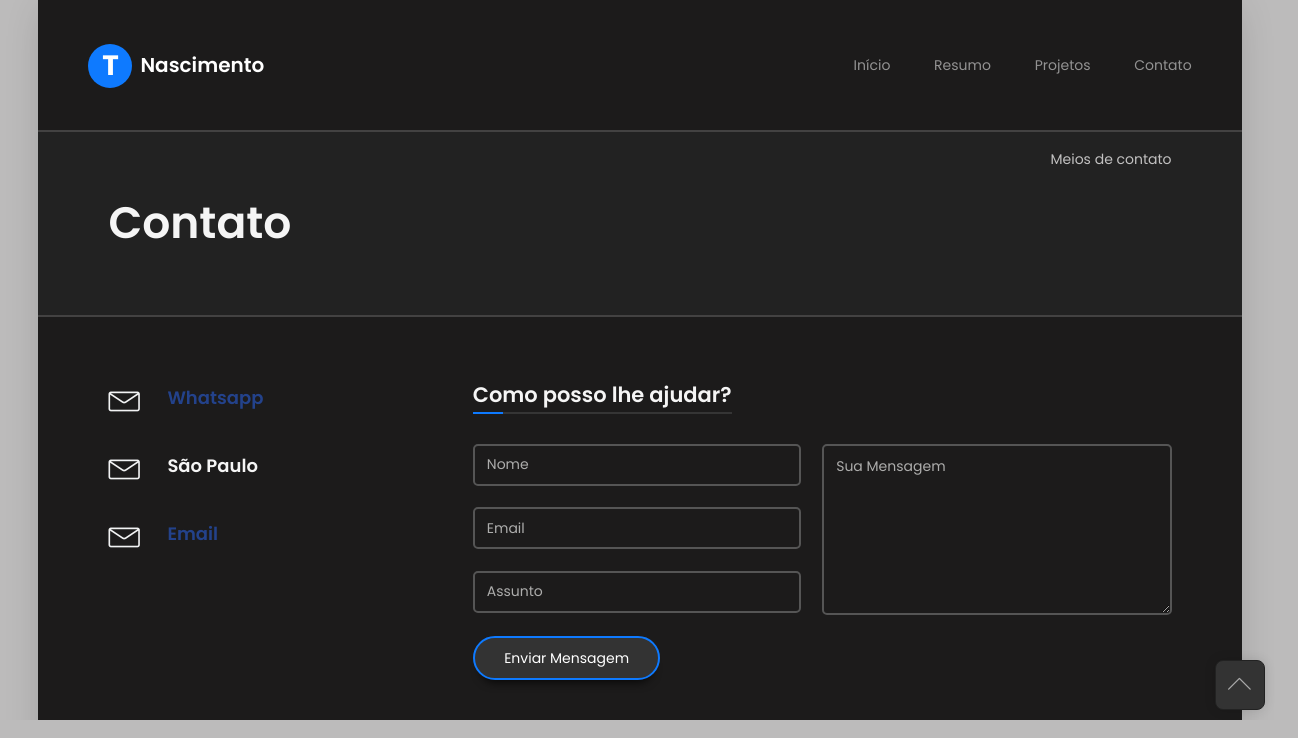
Repository: thmedu/Portfolio
Page: contact.html
These files come from the project's save history. The page is drawn as it stood at one moment and after the next save; the edit follows.
The browser window is 1280 px wide. The page is 1298 px wide, so the pictures cover 1298 px, including what lies to the right of the window. The pictures show the whole page.
An inner scrolling area shows only its first screen.

Above is the page before, as saved 2024-06-01 19:22:21.
Console error: ReferenceError: google is not defined

### contact.html
<!DOCTYPE html>
<html lang="pt-br" class="no-js">

<head>
    <meta charset="UTF-8" />
    <meta http-equiv="X-UA-Compatible" content="IE=edge">
    <title>Contato</title>
    <meta name="viewport" content="width=device-width, initial-scale=1.0, maximum-scale=1.0, user-scalable=no">
    <meta name="description" content="Leven - Resume / CV / vCard Template" />
    <meta name="keywords" content="vcard, responsive, retina, resume, jquery, css3, bootstrap, portfolio" />
    <meta name="author" content="Thomas" />
    <link rel="shortcut icon" href="./img/icones/dev-community-icon.svg">

    <link rel="stylesheet" href="./css/normalize.css" type="text/css">
    <link rel="stylesheet" href="./css/bootstrap.min.css" type="text/css">
    <link rel="stylesheet" href="./css/owl.carousel.css" type="text/css">
    <link rel="stylesheet" href="./css/magnific-popup.css" type="text/css">
    <link rel="stylesheet" href="./css/main.css" type="text/css">
    <script src="./js/modernizr.custom.js"></script>
</head>

<body class="page">

    <div class="lm-animated-bg"></div>

    <!-- Loading animation -->
    <div class="preloader">
        <div class="preloader-animation">
            <div class="preloader-spinner">
            </div>
        </div>
    </div>
    <!-- /Loading animation -->

    <!-- Scroll To Top Button -->
    <div class="lmpixels-scroll-to-top"><i class="lnr lnr-chevron-up"></i></div>
    <!-- /Scroll To Top Button -->

    <div class="page-scroll">
        <div id="page_container" class="page-container bg-move-effect" data-animation="transition-flip-in-right">

            <!-- Cabeçalho -->
            <header id="site_header" class="header">
                <div class="header-content clearfix">

                    <!-- Logotipo de texto -->
                    <div class="text-logo">
                        <a href="index.html">
                            <div class="logo-symbol">T</div>
                            <div class="logo-text">Nascimento</div>
                        </a>
                    </div>
                    <!-- /Logotipo de texto -->

                    <!-- Navegação -->
                    <div class="site-nav mobile-menu-hide">
                        <ul class="leven-classic-menu site-main-menu">
                            <li class="menu-item">
                                <a href="index.html">Início</a>
                            </li>
                            <li class="menu-item">
                                <a href="resumo.html">Resumo</a>
                            </li>
                            <li class="menu-item">
                                <a href="portfolio.html">Projetos</a>
                            </li>
                            <li class="menu-item">
                                <a href="contact.html">Contato</a>
                            </li>
                        </ul>
                    </div>

                    <!-- Alternador de menu móvel -->
                    <a class="menu-toggle mobile-visible">
                        <i class="fa fa-bars"></i>
                    </a>
                </div>

            </header>

            <div id="main" class="site-main">
                <div id="main-content" class="single-page-content">
                    <div id="primary" class="content-area">

                        <div class="page-title">
                            <h1>Contato</h1>
                            <div class="page-subtitle">
                                <h4>Meios de contato</h4>
                            </div>
                        </div>

                        <div id="content" class="page-content site-content single-post" role="main">

                            <div class="row">
                                <div class=" col-xs-12 col-sm-4 ">

                                    <div id="info_list_1" class="info-list-w-icon">

                                        <div class="info-block-w-icon">
                                            <div class="ci-icon">
                                                <i class="lnr lnr-envelope"></i>
                                            </div>
                                            <div class="ci-text">
                                                <h4><a href="https://web.whatsapp.com/" target="_blank">Whatsapp</a></h4>
                                                <p></p>

                                            </div>
                                        </div>
                                        <div class="info-block-w-icon">
                                            <div class="ci-icon">
                                                <i class="lnr lnr-envelope"></i>
                                            </div>
                                            <div class="ci-text">
                                                <h4>São Paulo</h4>
                                                <p></p>
                                            </div>
                                        </div>

                                        <div class="info-block-w-icon">
                                            <div class="ci-icon">
                                                <i class="lnr lnr-envelope"></i>
                                            </div>
                                            <div class="ci-text">
                                                <h4><a href="https://outlook.live.com/mail/0/" class="__cf_email__" data-cfemail="f199949d9d9eb19489909c819d94df929e9c">Email</a></h4>
                                                <p></p>
                                            </div>
                                        </div>
                                    </div>

                                </div>

                                <div class=" col-xs-12 col-sm-8 ">

                                    <div class="block-title">
                                        <h2>Como posso lhe ajudar?</h2>
                                    </div>

                                    <form id="contact_form" class="contact-form" action="#" method="post">

                                        <div class="messages"></div>

                                        <div class="controls two-columns">
                                            <div class="fields clearfix">
                                                <div class="left-column">
                                                    <div class="form-group form-group-with-icon">
                                                        <input id="form_name" type="text" name="name" class="form-control" placeholder="Nome" required="required" data-error="Name is required.">
                                                        <div class="form-control-border"></div>
                                                        <div class="help-block with-errors"></div>
                                                    </div>

                                                    <div class="form-group form-group-with-icon">
                                                        <input id="form_email" type="email" name="email" class="form-control" placeholder="Email" required="required" data-error="Valid email is required.">
                                                        <div class="form-control-border"></div>
                                                        <div class="help-block with-errors"></div>
                                                    </div>

                                                    <div class="form-group form-group-with-icon">
                                                        <input id="form_subject" type="text" name="subject" class="form-control" placeholder="Assunto" required="required" data-error="Subject is required.">
                                                        <div class="form-control-border"></div>
                                                        <div class="help-block with-errors"></div>
                                                    </div>
                                                </div>
                                                <div class="right-column">
                                                    <div class="form-group form-group-with-icon">
                                                        <textarea id="form_message" name="message" class="form-control" placeholder="Sua Mensagem" rows="7" required="required" data-error="Please, leave me a message."></textarea>
                                                        <div class="form-control-border"></div>
                                                        <div class="help-block with-errors"></div>
                                                    </div>
                                                </div>
                                            </div>

                                            <input type="submit" class="button btn-send disabled" value="Enviar Mensagem">
                                        </div>
                                    </form>

                                </div>

                            </div>

                        </div>
                    </div>
                </div>
            </div>

            <!-- Footer -->
            <footer class="site-footer clearfix">
                <div class="footer-social">
                    <ul class="footer-social-links">
                        <li>
                            <a href="https://www.facebook.com/" target="_blank"><i class="fab fa-facebook-f" style="color: #0E7AFF;"></i></a>
                        </li>
                        <li>
                            <a href="https://twitter.com/" target="_blank"><i class="fab fa-twitter" style="color: #0E7AFF;"></i></a>
                        </li>
                        <li>
                            <a href="https://dribbble.com/" target="_blank"><i class="fab fa-dribbble" style="color: #0E7AFF;"></i></a>
                        </li>
                    </ul>
                </div>

                <div class="footer-copyrights">
                    <p>© 2024 Todos os direitos reservados. Thomas.</p>
                </div>
            </footer>
            <!-- /Footer -->

        </div>
    </div>
    <script src="js/jquery-2.1.3.min.js"></script>
    <script src="js/imagesloaded.pkgd.min.js"></script>
    <script src='../../../../www.google.com/recaptcha/api.js'></script>
    <script src="js/bootstrap.min.js"></script>
    <script src='js/jquery.shuffle.min.js'></script>
    <script src='js/masonry.pkgd.min.js'></script>
    <script src='js/owl.carousel.min.js'></script>
    <script src="js/jquery.magnific-popup.min.js"></script>
    <script src="js/jquery.googlemap.js"></script>
    <script src="js/validator.js"></script>
    <script src="js/main.js"></script>
    <script src="./js/contato.js"></script>
</body>

</html>

### css/owl.carousel.css
/* Owl Carousel */
.owl-carousel {
    display: none;
    width: 100%;
    position: relative;
    z-index: 1;
  }

  .owl-carousel .owl-stage {
    position: relative;
  }

  .owl-carousel .owl-stage:after {
    content: ".";
    display: block;
    clear: both;
    visibility: hidden;
    line-height: 0;
    height: 0;
  }

  .owl-carousel .owl-stage-outer {
    position: relative;
    overflow: hidden;
    transform: translate3d(0px, 0px, 0px);
  }

  .owl-carousel .owl-item {
    position: relative;
    min-height: 1px;
    float: left;
  }

  .owl-carousel .owl-item img {
    display: block;
    width: 100%;
  }

  .owl-carousel .owl-nav.disabled,
  .owl-carousel .owl-dots.disabled {
    display: none;
  }

  .owl-carousel .owl-nav .owl-prev,
  .owl-carousel .owl-nav .owl-next,
  .owl-carousel .owl-dot {
    cursor: pointer;
    user-select: none;
  }

  .owl-carousel.owl-loaded {
    display: block;
    opacity: 1;
  }

  .owl-carousel.owl-loading {
    opacity: 0;
    display: block;
  }

  .owl-carousel.owl-hidden {
    opacity: 0;
  }

  .owl-carousel.owl-refresh .owl-item {
    visibility: hidden;
  }

  .owl-carousel.owl-drag .owl-item {
    user-select: none;
  }

  .owl-carousel.owl-grab {
    cursor: move;
    cursor: grab;
  }

  .owl-carousel.owl-rtl {
    direction: rtl;
  }

  .owl-carousel.owl-rtl .owl-item {
    float: right;
  }

  .owl-carousel .animated {
    animation-duration: 1000ms;
    animation-fill-mode: both;
  }

  .owl-carousel .owl-animated-in {
    z-index: 0;
  }

  .owl-carousel .owl-animated-out {
    z-index: 1;
  }

  .owl-carousel .fadeOut {
    animation-name: fadeOut;
  }

  @keyframes fadeOut {
    0% {
      opacity: 1;
    }
    100% {
      opacity: 0;
    }
  }

  /* Owl Carousel Custom */
  .owl-carousel .owl-item {
    opacity: 0;
    transform: scale(0.8);
    transition: opacity 0.5s ease, transform 0.5s ease;
  }

  .owl-carousel .owl-item.active {
    opacity: 1;
    transform: scale(1);
  }

Loaded but not shown: css/normalize.css (library); css/bootstrap.min.css (library); css/magnific-popup.css (library); js/modernizr.custom.js (library); js/jquery-2.1.3.min.js (library); js/imagesloaded.pkgd.min.js (library); js/bootstrap.min.js (library); js/jquery.shuffle.min.js (library); js/masonry.pkgd.min.js (library); js/owl.carousel.min.js (library); js/jquery.magnific-popup.min.js (library); js/jquery.googlemap.js (library); js/main.js (library); css/fonts/linear-icons-font/style.css (library); css/fonts/fontawesome-free-5.12.1-web/css/all.min.css (library); css/fonts/linecons/style.css (library); js/validator.js (135 lines, source omitted); js/contato.js (95 lines, source omitted); css/main.css (5783 lines, source omitted)

After the next save:
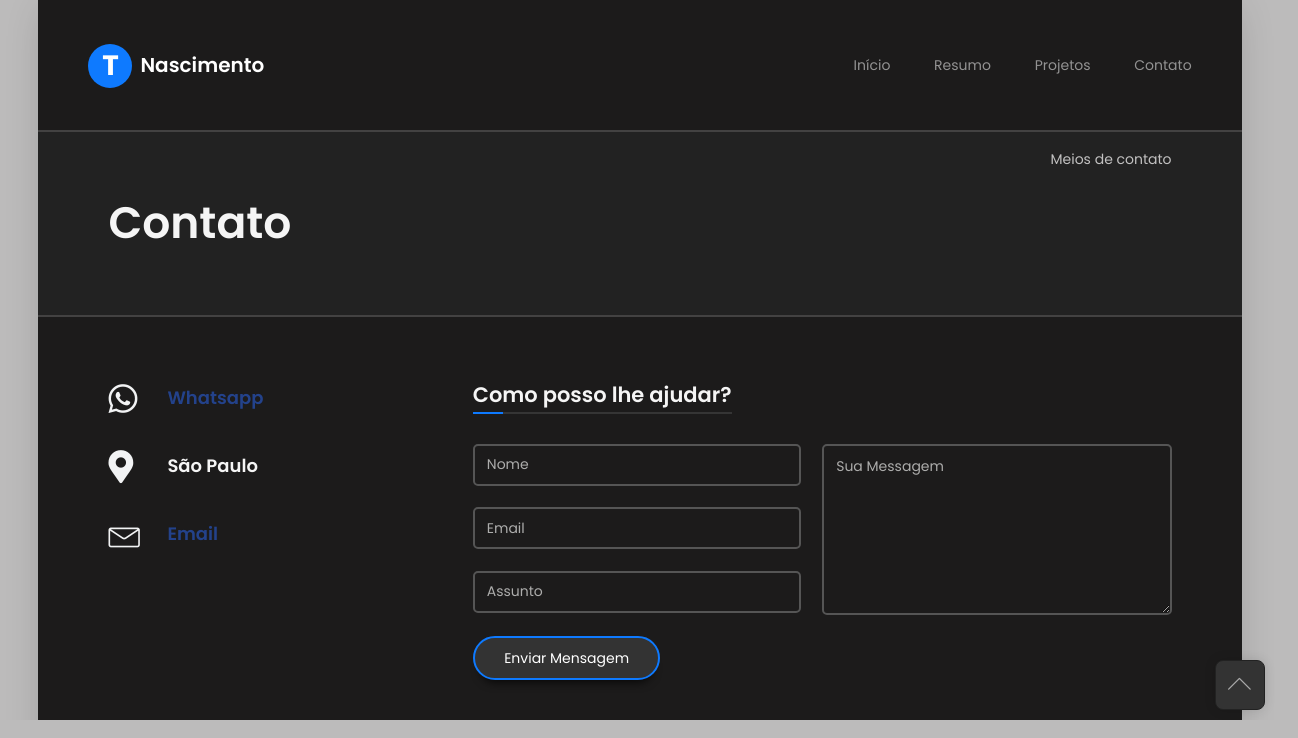
Saved 90 s later.
--- a/contact.html
+++ b/contact.html
@@ -10,7 +10,7 @@
     <meta name="keywords" content="vcard, responsive, retina, resume, jquery, css3, bootstrap, portfolio" />
     <meta name="author" content="Thomas" />
     <link rel="shortcut icon" href="./img/icones/dev-community-icon.svg">
-
+    <link rel="stylesheet" href="https://cdnjs.cloudflare.com/ajax/libs/font-awesome/5.15.4/css/all.min.css">
     <link rel="stylesheet" href="./css/normalize.css" type="text/css">
     <link rel="stylesheet" href="./css/bootstrap.min.css" type="text/css">
     <link rel="stylesheet" href="./css/owl.carousel.css" type="text/css">
@@ -75,7 +75,6 @@
                         <i class="fa fa-bars"></i>
                     </a>
                 </div>
-
             </header>
 
             <div id="main" class="site-main">
@@ -98,7 +97,7 @@
 
                                         <div class="info-block-w-icon">
                                             <div class="ci-icon">
-                                                <i class="lnr lnr-envelope"></i>
+                                                <i class="fab fa-whatsapp"></i> <!-- Ícone do WhatsApp -->
                                             </div>
                                             <div class="ci-text">
                                                 <h4><a href="https://web.whatsapp.com/" target="_blank">Whatsapp</a></h4>
@@ -108,7 +107,7 @@
                                         </div>
                                         <div class="info-block-w-icon">
                                             <div class="ci-icon">
-                                                <i class="lnr lnr-envelope"></i>
+                                                <i class="fas fa-map-marker-alt"></i> <!-- Ícone de localização -->
                                             </div>
                                             <div class="ci-text">
                                                 <h4>São Paulo</h4>
@@ -121,7 +120,8 @@
                                                 <i class="lnr lnr-envelope"></i>
                                             </div>
                                             <div class="ci-text">
-                                                <h4><a href="https://outlook.live.com/mail/0/" class="__cf_email__" data-cfemail="f199949d9d9eb19489909c819d94df929e9c">Email</a></h4>
+                                                <h4><a href="https://outlook.live.com/mail/0/" class="__cf_email__"
+                                                        data-cfemail="f199949d9d9eb19489909c819d94df929e9c">Email</a></h4>
                                                 <p></p>
                                             </div>
                                         </div>
@@ -155,14 +155,14 @@
                                                     </div>
 
                                                     <div class="form-group form-group-with-icon">
-                                                        <input id="form_subject" type="text" name="subject" class="form-control" placeholder="Assunto" required="required" data-error="Subject is required.">
+                                                        <input id="form_name" type="text" name="subject" class="form-control" placeholder="Assunto" required="required" data-error="Subject is required.">
                                                         <div class="form-control-border"></div>
                                                         <div class="help-block with-errors"></div>
                                                     </div>
                                                 </div>
                                                 <div class="right-column">
                                                     <div class="form-group form-group-with-icon">
-                                                        <textarea id="form_message" name="message" class="form-control" placeholder="Sua Mensagem" rows="7" required="required" data-error="Please, leave me a message."></textarea>
+                                                        <textarea id="form_message" name="message" class="form-control" placeholder="Sua Messagem" rows="7" required="required" data-error="Please, leave me a message."></textarea>
                                                         <div class="form-control-border"></div>
                                                         <div class="help-block with-errors"></div>
                                                     </div>
